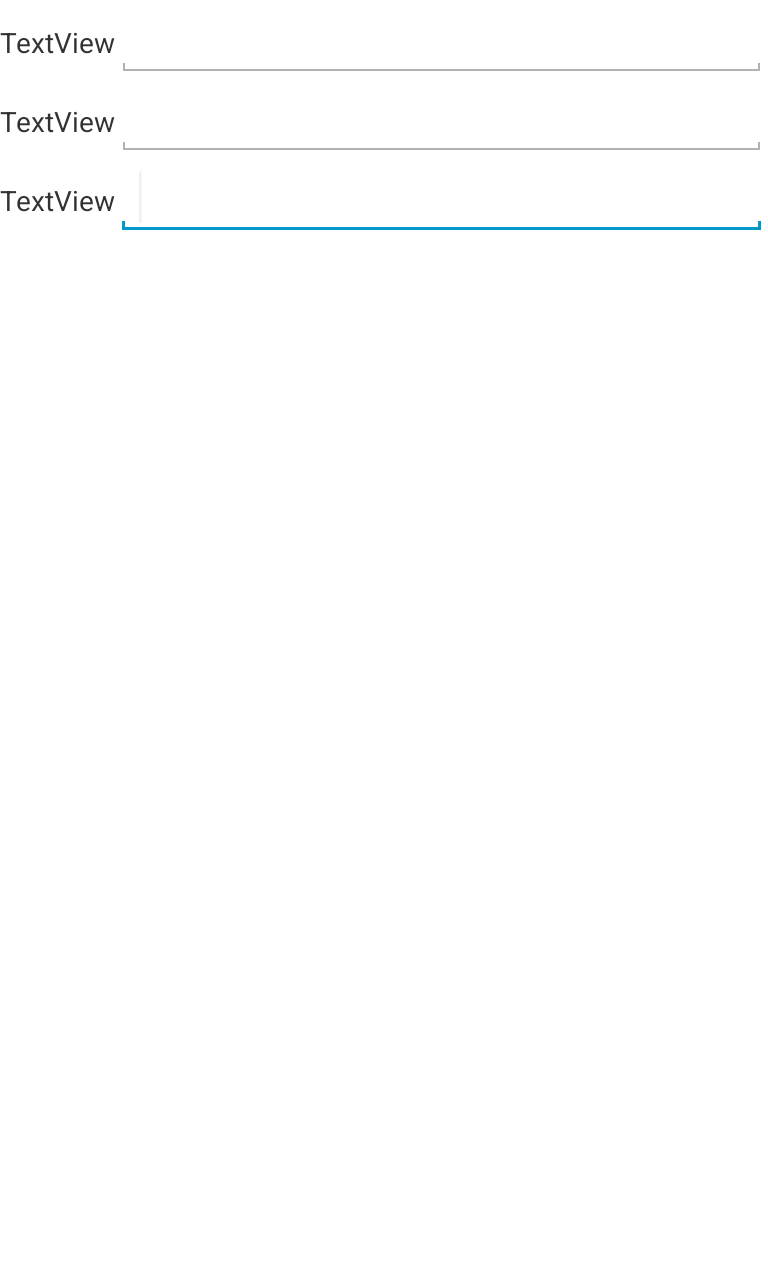
Repository: mewards/Android_Study
Layout: hw/wooil/hw4/res/layout/join.xml
The author's editor kept a copy of each file at every save. The layout is drawn from the files as they stood at one save, then again after the next save.
It is drawn on a 768 x 1280 px phone screen (xhdpi) without system bars, with theme AppTheme; the app's code is not run.

Above is the layout before, as saved 2014-03-04 05:30:17.

After the next save:
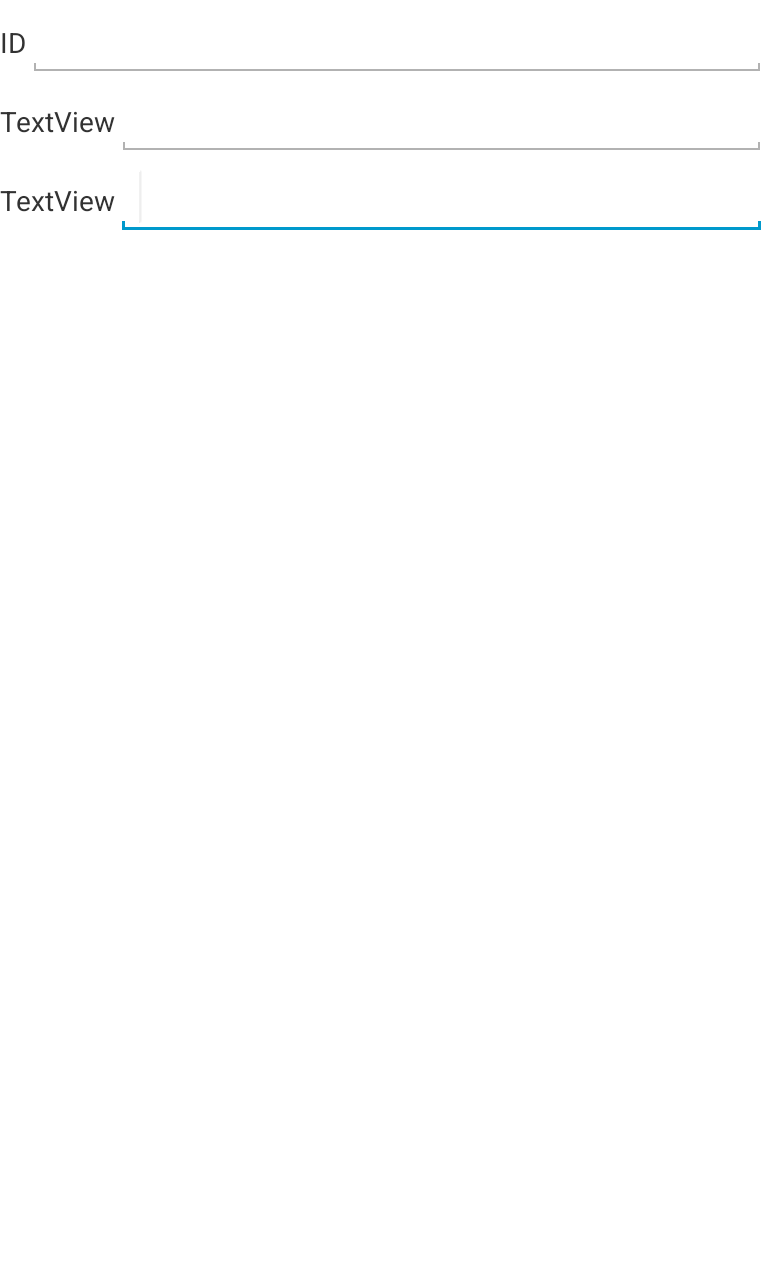
Saved 14 s later.
--- a/hw/wooil/hw4/res/layout/join.xml
+++ b/hw/wooil/hw4/res/layout/join.xml
@@ -13,7 +13,7 @@
             android:id="@+id/id_txt"
             android:layout_width="wrap_content"
             android:layout_height="wrap_content"
-            android:text="TextView" />
+            android:text="ID" />
 
         <EditText
             android:id="@+id/id_edit"
